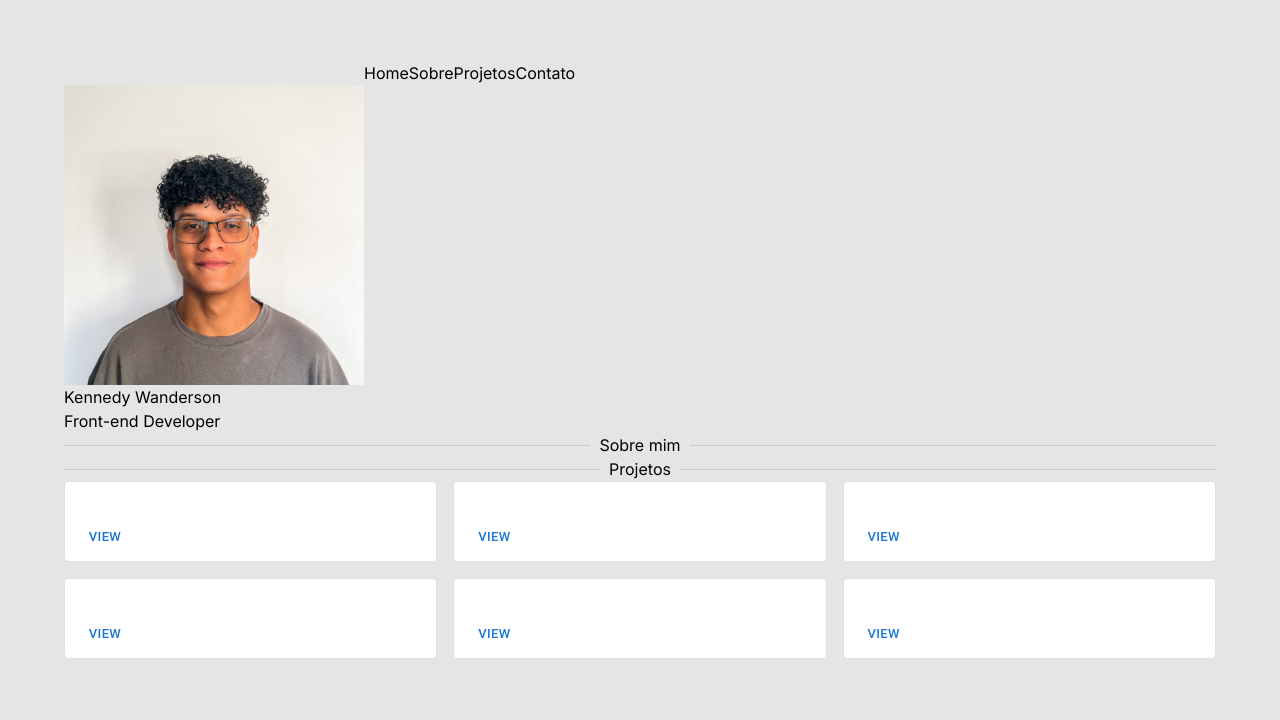
Repository: KennedyWanderson/landing
Page: /
These files come from the project's save history. The page is drawn as it stood at one moment and after the next save; the edit follows.
The browser window is 1280 px wide. The pictures show the whole page.
The page's requests for data from a server got no answer. The project was rebuilt for these pictures with package versions that can differ from the ones it lists, and the page was loaded fresh each time. The framework's server and built-in components were replaced by stand-ins that run in the browser. No one was signed in, and anything a server would have sent is missing. Also part of the build but not shown: next.config.js.

Above is the page before, as saved 2024-01-05 17:24:19.

After the next save:
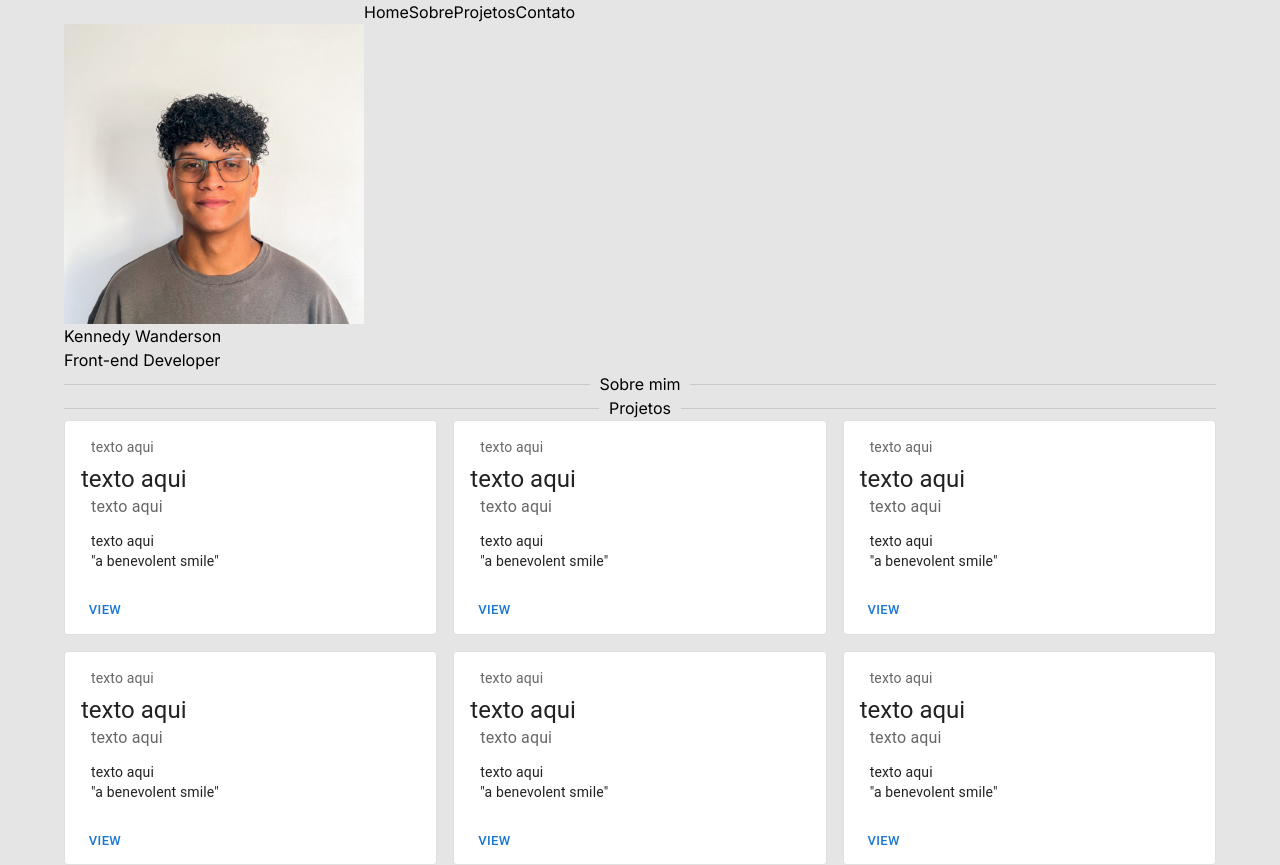
Saved 4 s later.
--- a/src/Components/Card.tsx
+++ b/src/Components/Card.tsx
@@ -15,25 +15,23 @@ interface AboutProps {
 }
 
 function CardContentComponent(props: AboutProps) {
-    const [htmlContent, setHtmlContent] = React.useState<string>('');
-
-    React.useEffect(() => {
-        // Carrega o conteúdo HTML do arquivo
-        fetch('./card')
-            .then(response => response.text())
-            .then(data => {
-                setHtmlContent(data); // Define o conteúdo HTML lido do arquivo
-            })
-            .catch(error => {
-                console.error('Erro ao carregar o arquivo HTML', error);
-            });
-    }, []);
-
     return (
         <React.Fragment>
             <CardContent>
-                {/* Renderiza o conteúdo HTML dentro do componente */}
-                <div dangerouslySetInnerHTML={{ __html: htmlContent }} />
+                <Typography sx={{ fontSize: 14 }} color="text.secondary" gutterBottom>
+                    {props.text}
+                </Typography>
+                <Typography variant="h5" component="div">
+                    {props.text}
+                </Typography>
+                <Typography sx={{ mb: 1.5 }} color="text.secondary">
+                    {props.text}
+                </Typography>
+                <Typography variant="body2">
+                    {props.text}
+                    <br />
+                    {'"a benevolent smile"'}
+                </Typography>
             </CardContent>
             <CardActions>
                 <Button size="small">View</Button>
